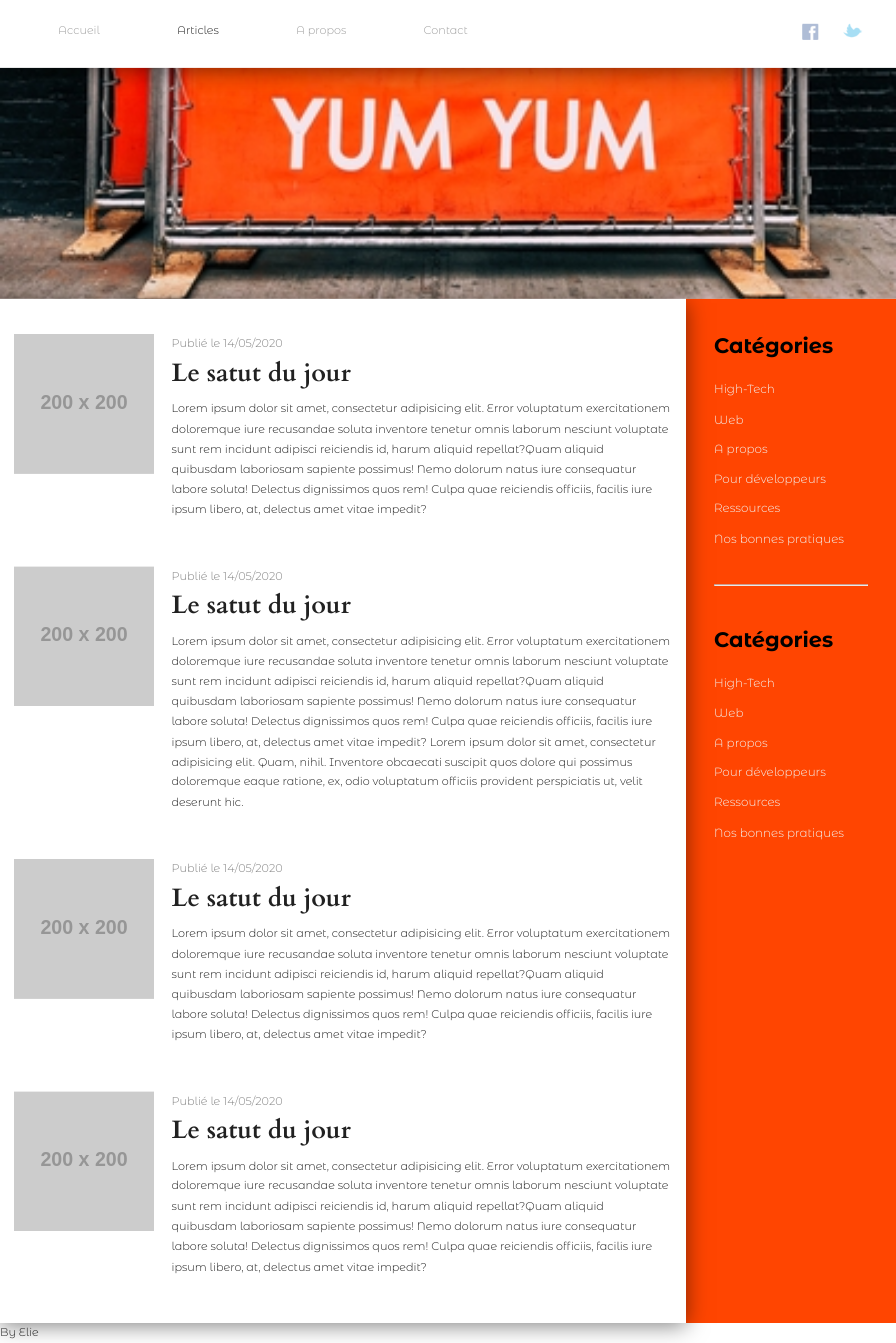
Repository: Elie-Dey/blog-train
Page: index.html
An editor plug-in stored every save of this project. The page is shown before and after the next save, followed by the edit.
The browser window is 1280 px wide. The pictures show the whole page, at 70% of full size.

Above is the page before, as saved 2020-06-17 16:34:36.

### index.html
<!DOCTYPE html>
<html lang="en">
<head>
    <meta charset="UTF-8">
    <meta name="viewport" content="width=device-width, initial-scale=1.0">
    <link href="https://fonts.googleapis.com/css2?family=Cardo:wght@400;700&family=Montserrat+Alternates:wght@300;700&display=swap" rel="stylesheet">
    <link rel="stylesheet" href="style.css">
    <title>Mon blog</title>
</head>
<body>
    <header class="topbar">
        <nav>
            <a href="index.html">Accueil</a>
            <a href="articles.html" class="active"> Articles</a>
            <a href="about.html">A propos</a>
            <a href="apropos.html">Contact</a>
        </nav>
        <div class="social">
            <a href="#"> <img src="images/fb.png" alt="Facebook"></a>
            <a href="#"> <img src="images/twitter.png" alt="Twitter"></a>
        </div>
    </header>
    <div class="banniere"></div>
    <div class="body">
        <main class="main">
            <div class="container">
             <article class="article">
                 <a href="article.html" class="article-img"><img src="https://via.placeholder.com/200" alt="article-image"/> </a>
                  <div class="article-date">Publié le 14/05/2020</div>
                  <h2 class="article-title">  <a href="#">    Le satut du jour</a>  </h2>
                  <p>
                      Lorem ipsum dolor sit amet, consectetur adipisicing elit. Error voluptatum exercitationem doloremque iure recusandae soluta inventore tenetur omnis laborum nesciunt voluptate sunt rem incidunt adipisci reiciendis id, harum aliquid repellat?Quam aliquid quibusdam laboriosam sapiente possimus! Nemo dolorum natus iure consequatur labore soluta!
                      Delectus dignissimos quos rem! Culpa quae reiciendis officiis, facilis iure ipsum libero, at, delectus amet vitae impedit?
                  </p>
              </article>
              <article class="article">
                  <a href="article.html" class="article-img"><img src="https://via.placeholder.com/200" alt="article-image"/> </a>
                   <div class="article-date">Publié le 14/05/2020</div>
                   <h2 class="article-title">  <a href="#">    Le satut du jour</a>  </h2>
                   <p>
                       Lorem ipsum dolor sit amet, consectetur adipisicing elit. Error voluptatum exercitationem doloremque iure recusandae soluta inventore tenetur omnis laborum nesciunt voluptate sunt rem incidunt adipisci reiciendis id, harum aliquid repellat?Quam aliquid quibusdam laboriosam sapiente possimus! Nemo dolorum natus iure consequatur labore soluta!
                       Delectus dignissimos quos rem! Culpa quae reiciendis officiis, facilis iure ipsum libero, at, delectus amet vitae impedit?
                       Lorem ipsum dolor sit amet, consectetur adipisicing elit. Quam, nihil. Inventore obcaecati suscipit quos dolore qui possimus doloremque eaque ratione, ex, odio voluptatum officiis provident perspiciatis ut, velit deserunt hic.
                   </p>
               </article>
               <article class="article">
                  <a href="article.html" class="article-img"><img src="https://via.placeholder.com/200" alt="article-image"/> </a>
                   <div class="article-date">Publié le 14/05/2020</div>
                   <h2 class="article-title">  <a href="#">    Le satut du jour</a>  </h2>
                   <p>
                       Lorem ipsum dolor sit amet, consectetur adipisicing elit. Error voluptatum exercitationem doloremque iure recusandae soluta inventore tenetur omnis laborum nesciunt voluptate sunt rem incidunt adipisci reiciendis id, harum aliquid repellat?Quam aliquid quibusdam laboriosam sapiente possimus! Nemo dolorum natus iure consequatur labore soluta!
                       Delectus dignissimos quos rem! Culpa quae reiciendis officiis, facilis iure ipsum libero, at, delectus amet vitae impedit?
                   </p>
               </article>
               <article class="article">
                  <a href="article.html" class="article-img"><img src="https://via.placeholder.com/200" alt="article-image"/> </a>
                   <div class="article-date">Publié le 14/05/2020</div>
                   <h2 class="article-title">  <a href="#">    Le satut du jour</a>  </h2>
                   <p>
                       Lorem ipsum dolor sit amet, consectetur adipisicing elit. Error voluptatum exercitationem doloremque iure recusandae soluta inventore tenetur omnis laborum nesciunt voluptate sunt rem incidunt adipisci reiciendis id, harum aliquid repellat?Quam aliquid quibusdam laboriosam sapiente possimus! Nemo dolorum natus iure consequatur labore soluta!
                       Delectus dignissimos quos rem! Culpa quae reiciendis officiis, facilis iure ipsum libero, at, delectus amet vitae impedit?
                   </p>
               </article>
            </div>
         </main>

    <aside class="sidebar">
        <h4 class="sidebar-title">Catégories</h4>
        <ul>
            <li><a href="#">High-Tech</a></li>
            <li><a href="#">Web</a></li>
            <li><a href="#">A propos</a></li>
            <li><a href="#">Pour développeurs </a></li>
            <li><a href="#">Ressources</a></li>
            <li><a href="#">Nos bonnes pratiques</a></li>
        </ul>
        <hr>
        <h4 class="sidebar-title">Catégories</h4>
        <ul>
            <li><a href="#">High-Tech</a></li>
            <li><a href="#">Web</a></li>
            <li><a href="#">A propos</a></li>
            <li><a href="#">Pour développeurs</a></li>
            <li><a href="#">Ressources</a></li>
            <li><a href="#">Nos bonnes pratiques</a></li>
        </ul>


    </aside>
</div>
    <footer class="footer">
        By Elie
    </footer>
</body>
</html>

### style.css
/*
* Prefixed by https://autoprefixer.github.io
* PostCSS: v7.0.29,
* Autoprefixer: v9.7.6
* Browsers: last 4 version,ie > 8
*/

*{
    -webkit-box-sizing: border-box;
            box-sizing: border-box;
}
body, html
{
    margin: 0;
    font-size: 16px;
    font-family: 'Montserrat Alternates', sans-serif;
    color: rgba(0, 0, 0, .87);
    line-height: 1.8;
    font-weight: 500;

}
.topbar{

    position: fixed;
    top: 0;
    right: 0;
    left: 0;
    width: 100%;
    background-color: white;
    padding: 30px ;
    z-index: 3;
    -webkit-box-shadow: 0 4px 30px rgba(0, 0, 0, .5);
            box-shadow: 0 4px 30px rgba(0, 0, 0, .5);
}
.topbar nav{
    float: left;

}
.topbar nav a {
    color: #9f9f9f;
    text-decoration: none;
    font-weight: 500;
    padding: 0 53px;
}

.topbar nav a:hover , .topbar nav a.active{
    color:  rgba(0, 0, 0, .87);
}

 .social {
    float: right;
}

.social a
{
    padding: 0 12px;
    opacity: .4;
}
.social a:hover
{
    opacity: 1;
}

.banniere {
    height: 427px;
    background: no-repeat center center / cover url("images/banniere.jpg");
}
.body
{
    display: -webkit-box;
    display: -ms-flexbox;
    display: flex;
}
.main
{

    width: calc(100% - 300px);
    background: white;
    -webkit-box-shadow: 0 4px 30px rgba(0, 0, 0, .5);
            box-shadow: 0 4px 30px rgba(0, 0, 0, .5);
    position: relative;
    z-index: 2;


}
.sidebar
{

    background:rgb(255, 69, 1);
    width: 300px;
    padding: 40px;
    font-size: 17px;
    position: relative;
    z-index: 1;
}
.sidebar-title
{
    font-size: 30px;
    color: black;
    margin: 20px 0;
}
.sidebar a
{
    text-decoration: none;
    color: rgb(243, 241, 239);
}
.sidebar ul
{
    margin: 0;
    padding: 0;
    list-style: none;

}
.sidebar li
{
    padding: 6px 0;
}
.sidebar li:first-child
{
    padding-top: 0;
}

.sidebar li:last-child
{
    padding-bottom: 0;
}
.sidebar a:hover
{
    text-decoration: underline;
}

.sidebar hr
{
    border-color:none;
    background: white;
    height: 1px;
    margin: 50px 0;


}

.sidebar-title:first-child
{
    margin-top: 0;
}


.article
{
    position: relative;
    overflow: hidden;
    margin: 50px 0;
    padding-left: 225px;
    min-height: 225px;

}
.container
{
    max-width: 940px;
    margin: 0 auto;
}
.article a
{
    color: inherit;
    text-decoration: none;
}
.article a:hover
{
    text-decoration: underline;
}
.article-img
{
    position: absolute;
    left: 0;
    top: 0;
    width: 200px;
    margin-right: 25px;
}
.article-title
 {
    font-size: 2.25rem;
    line-height: 1.2;
    font-family: "Cardo", serif;
    margin: 0 0 15px 0;
 }
.article-date
{
    font-weight: 300;
    color: rgba(0, 0, 0, .5);
    margin-bottom: 5px;
}
.article-img img
{
    width: 100%;
    height: auto;
}
.footer
{
    clear: both;
}

After the next save:
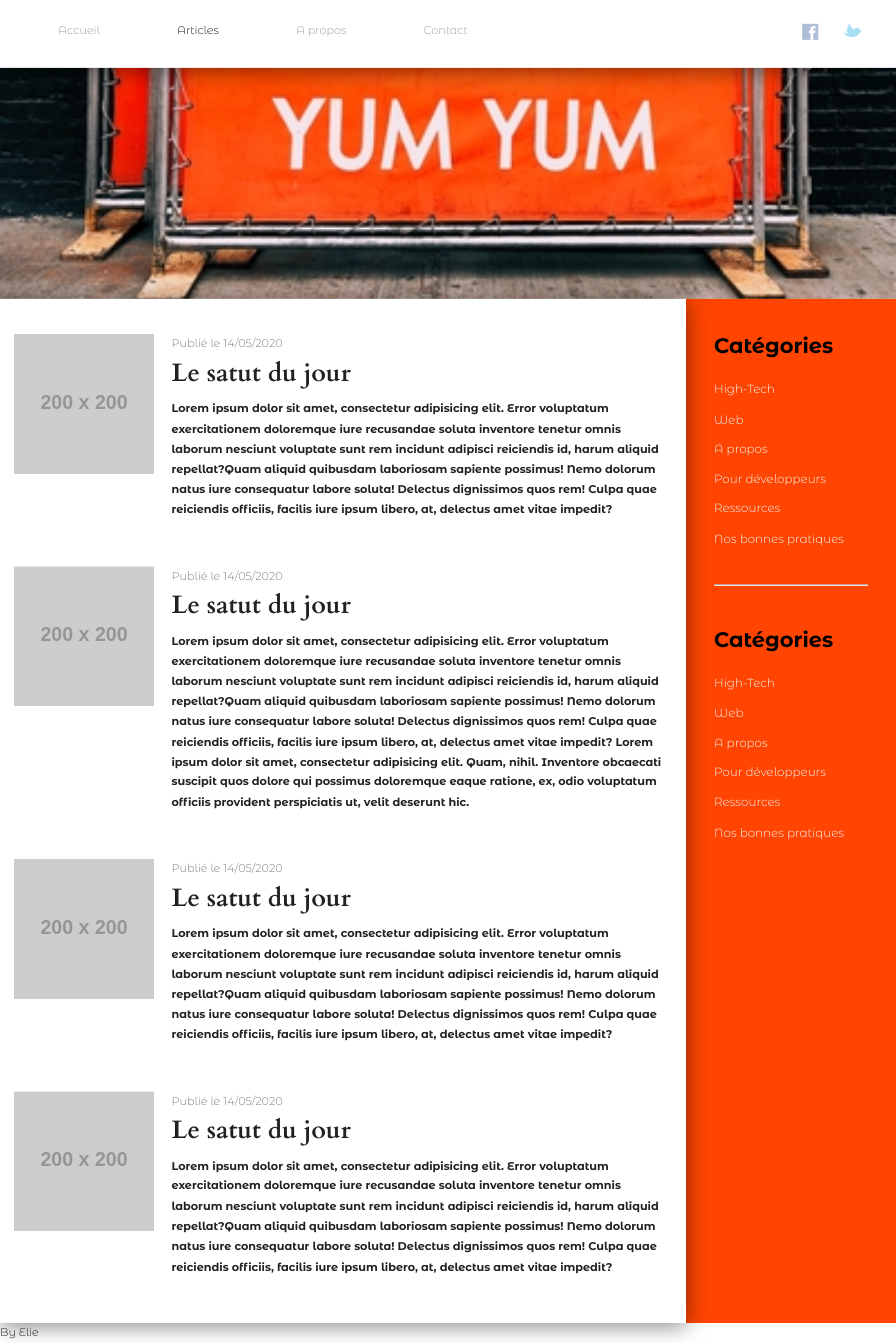
Saved 92 s later.
--- a/style.css
+++ b/style.css
@@ -154,6 +154,11 @@
     min-height: 225px;
 
 }
+.article p
+{
+    font-family: 'Montserrat Alternates', sans-serif;
+    font-weight: 600;
+}
 .container
 {
     max-width: 940px;

After the save that followed:
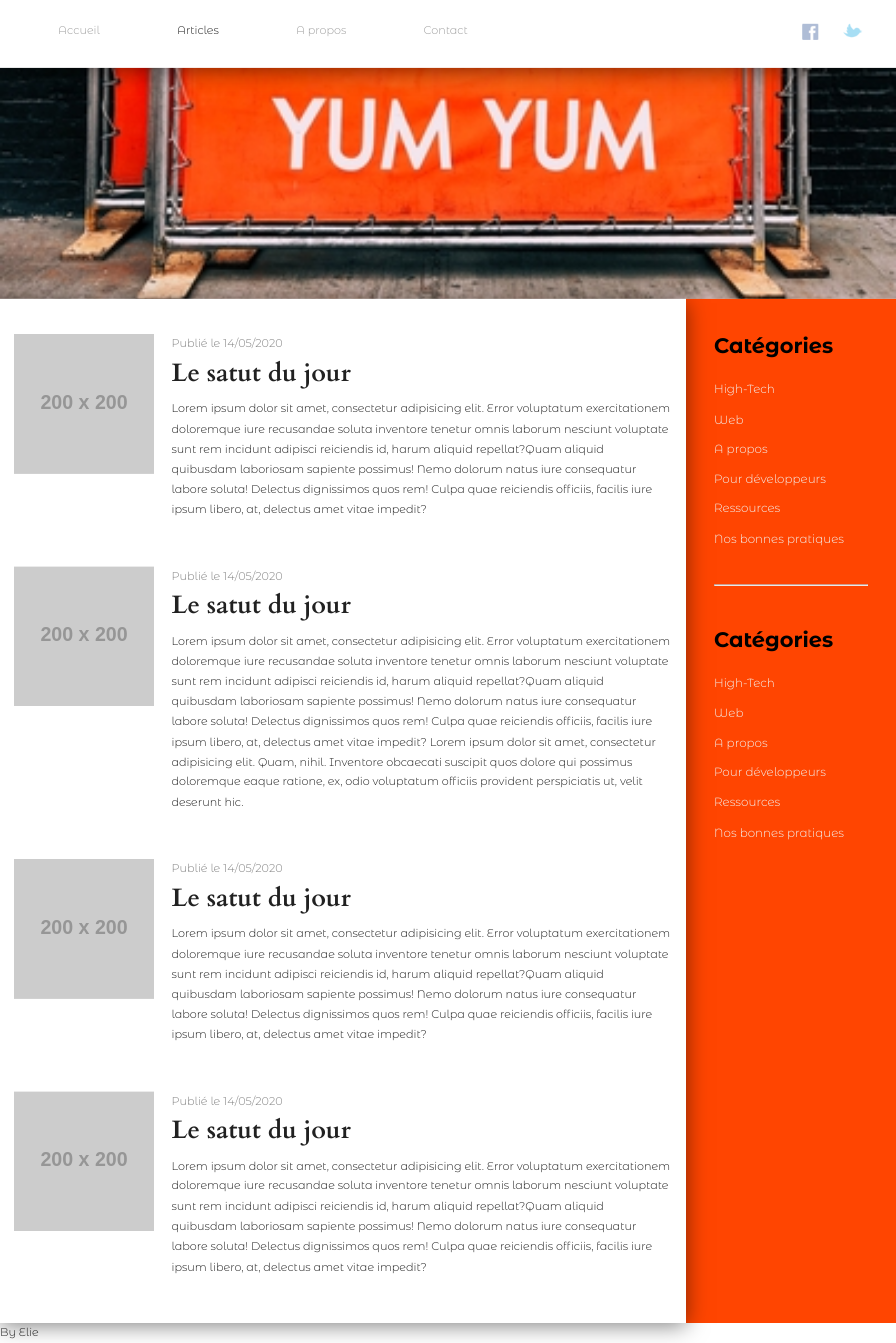
Saved 11 s later.
--- a/style.css
+++ b/style.css
@@ -157,7 +157,7 @@
 .article p
 {
     font-family: 'Montserrat Alternates', sans-serif;
-    font-weight: 600;
+    font-weight: 500;
 }
 .container
 {
